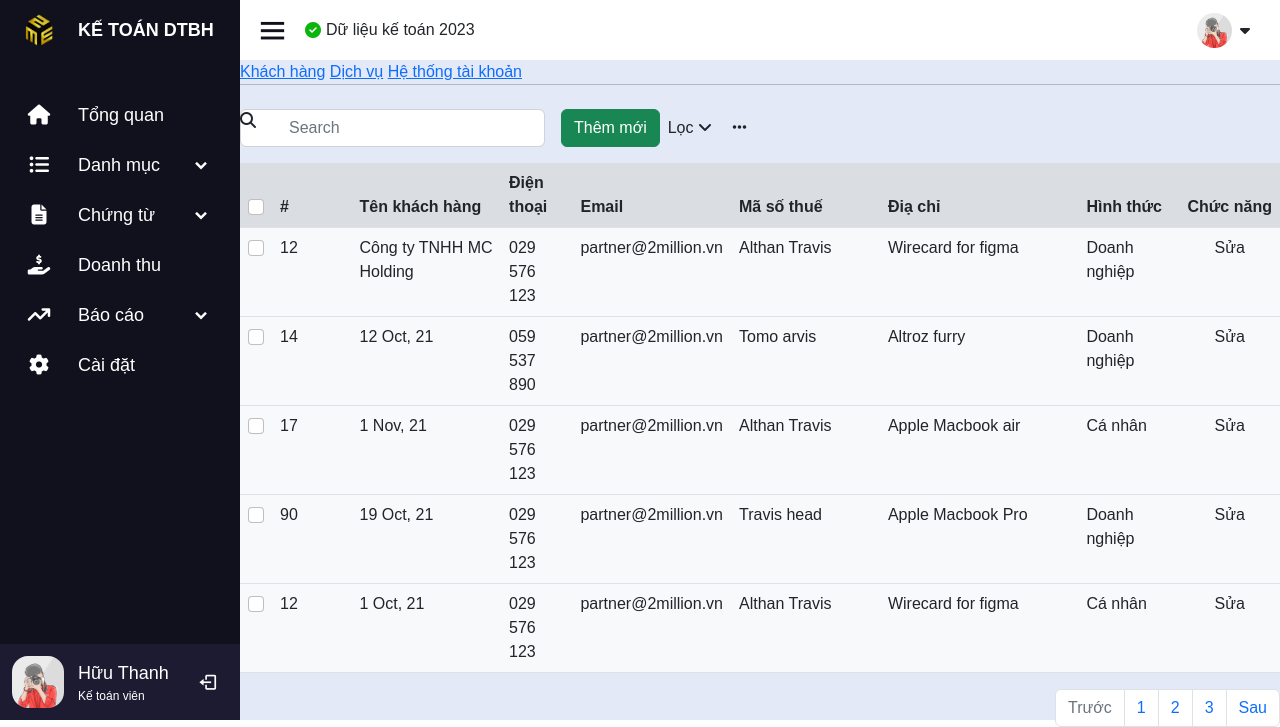
Repository: huuthanhdev/PhanMemKeToan
Page: pages/customer.html
These files come from the project's save history. The page is drawn as it stood at one moment and after the next save; the edit follows.
The browser window is 1280 px wide. The pictures show the whole page.
Some web fonts or font styles are not loaded; a fallback is used. Some web libraries are served in a nearby version.

Above is the page before, as saved 2023-03-24 16:56:05.

After the next save:
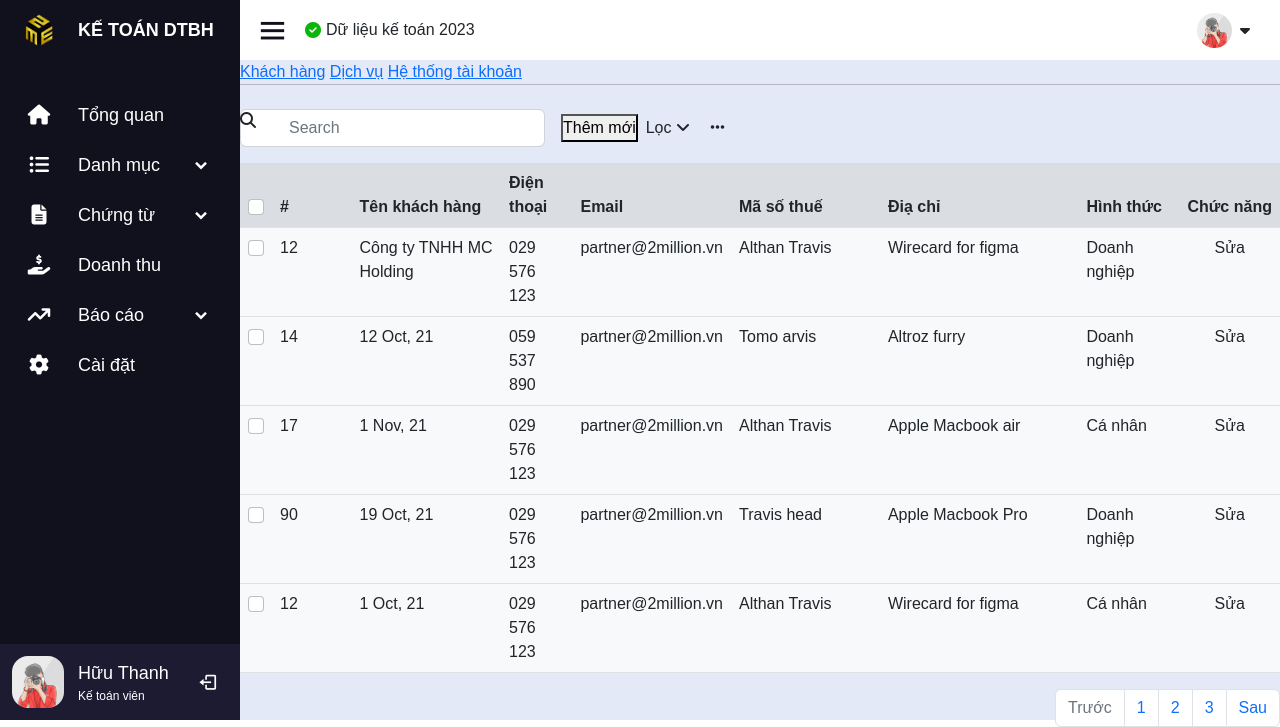
Saved 16 s later.
--- a/pages/customer.html
+++ b/pages/customer.html
@@ -143,7 +143,7 @@
                   <span class="position-absolute search"><i class="fa fa-search"></i></span>
                   <input class="form-control w-100 px-5 m-0" placeholder="Search">
               </div>
-              <button type="button" class="btn btn-success ms-3">Thêm mới</button>
+              <button type="button" class="btn-hover btn-success ms-3">Thêm mới</button>
               <div class="filter px-2">
                   <span>Lọc <i class="fa fa-angle-down"></i></span>
                   <i class="fa fa-ellipsis-h ms-3"></i>

After the save that followed:
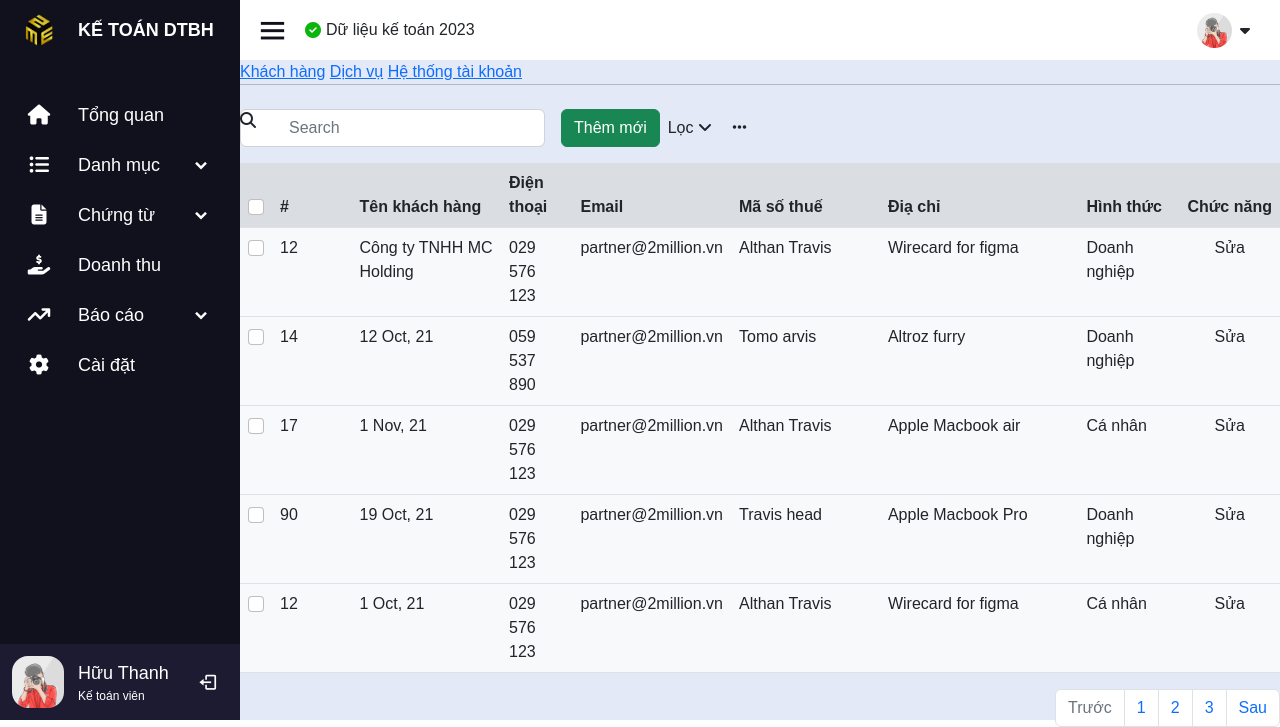
Saved 12 s later.
--- a/pages/customer.html
+++ b/pages/customer.html
@@ -143,7 +143,7 @@
                   <span class="position-absolute search"><i class="fa fa-search"></i></span>
                   <input class="form-control w-100 px-5 m-0" placeholder="Search">
               </div>
-              <button type="button" class="btn-hover btn-success ms-3">Thêm mới</button>
+              <button type="button" class="btn btn-success ms-3">Thêm mới</button>
               <div class="filter px-2">
                   <span>Lọc <i class="fa fa-angle-down"></i></span>
                   <i class="fa fa-ellipsis-h ms-3"></i>
